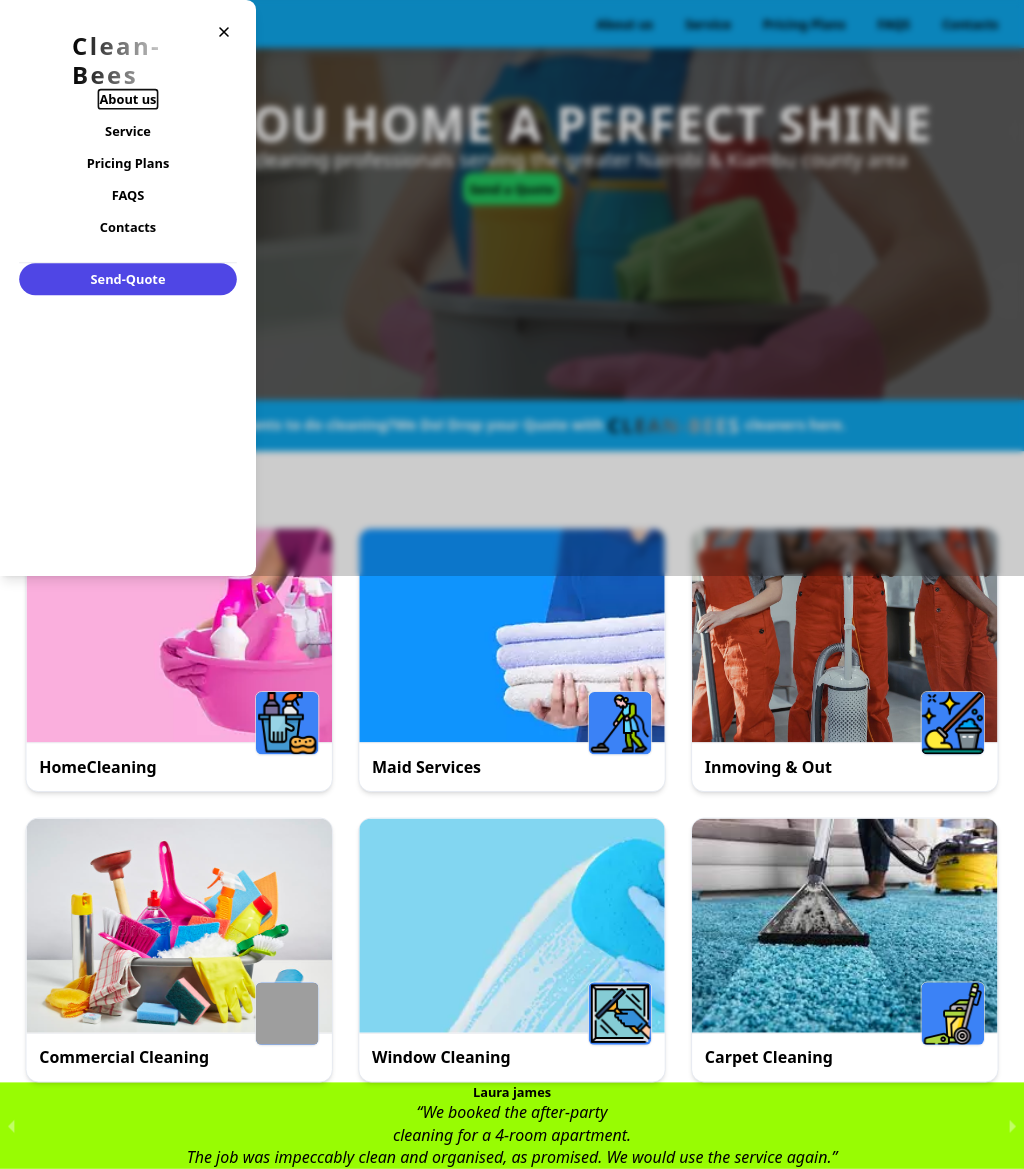
Repository: remydev47/cleanbees
Page: /
The author's editor kept a copy of each file at every save. The page is drawn from the files as they stood at one save, then again after the next save.
The browser window is 1280 px wide. The pictures show the whole page, at 80% of full size.
Pictures or frames that could not be fetched are drawn as grey boxes. The project was rebuilt for these pictures with package versions that can differ from the ones it lists, and the page was loaded fresh each time. The framework's server and built-in components were replaced by stand-ins that run in the browser. Also part of the build but not shown: next.config.js.

Above is the page before, as saved 2022-09-19 12:12:15.

### pages/_app.tsx
import '../styles/globals.css'
import type { AppProps } from 'next/app'
import { Header } from '../components/Header'


function MyApp({ Component, pageProps }: AppProps) {
  return (
    <>
      <Header />
      <Component {...pageProps} />
    </>

    )
}

export default MyApp

### pages/index.tsx
import type { NextPage } from 'next'
import Head from 'next/head'
import Image from 'next/image'
import Hero from '../components/Hero'
import Services from '../components/Services';
import { Testmonial } from '../components/Testmonial';

const Home: NextPage = () => {
  return (
    <div className="">
      <Head>
        <title>CleanBees</title>
        <link rel="icon" href="/favicon.ico" />
      </Head>
      <Hero />
     <main className='mx-auto max-w-screen-xl px-6 sm:px-8'>
      <div className='mt-16 space-y-20'>
        <Services />

      </div>
     </main>
     <Testmonial />
    </div>
  )
}

export default Home

### components/Header.tsx
import { navLinks } from "../constants"
import { MenuPopOver } from "./MenuPopover"
import Logo from "./Logo"
import Image from "next/image"
import { title } from "process"

export const Header = () => {
    return(
        <>
          <header className={styles.container}>
           <div className='flex grow-0 basis-1/3 md:hidden'>
             <MenuPopOver />
          </div>
          <div className='flex grow-0 basis-1/3 justify-center md:justify-start'>
            <Logo />
           </div>
           <ul className="list-none sm:flex hidden justify-end items-center flex-1">
            {navLinks.map((nav, index) => (
                <li
                key={nav.id}
                className={`font-poppins font-extrabold cursor-pointer text-[16px]
                  ${index === navLinks.length - 1 ? 'mr-0' : 'mr-10'}
                 text-black `}
                >
                    <a>{nav.title}</a>
                </li>
            ))}
           </ul>

          </header>
        </>
    )
}

const styles ={
    container:`sticky bg-[#0ea5e9] inset-x-0 top-0 z-20 flex items-center justify-between py-2 px-2 shadow-lg dark:bg-slate-900 sm:py-3 sm:px-8`
}

### components/Hero.tsx
import React from 'react'
import Image from 'next/image'



const Hero = () => {
  return (
    <>
      <section className='relative h-[640px] w-full  bg-blue-500 sm:h-[55vh] md:h-[440px]'>
         <Image
           src='/img/pixel-cleaner2.jpg'
           layout='fill'
           objectFit='cover'
         />

        <div className="absolute inset-0 bg-neutral-900/70">
        <div className='mx-4 mt-16 flex flex-col items-center text-center '>
                <h1 className={styles.innerbanner}>
                    Give you Home a Perfect Shine
                </h1>
                <span className='text-xl text-white sm:text-2xl'>
                    Reliable house cleaning professionals serving the greater Nairobi & Kiambu county area
                </span>
                <button className='bg-green-500 text-black font-semibold p-2 rounded-xl'>
                    Send a Quote
                </button>
              </div>
        </div>
      </section>
      <HeroBottomCard />
   </>
  )
}

function HeroBottomCard() {
    return (
      <div className="bg-[#0ea5e9] p-4">
        <span className="block text-center text-lg text-white font-semibold">
          Nobody wants to do cleaning?We Do! Drop your  Quote with{" "}
          <span className="bg-gradient-to-r from-black to-[#fff] bg-clip-text align-middle text-2xl font-black tracking-widest text-transparent">
            CLEAN-BEES
          </span>{" "}
          cleaners here.
        </span>
      </div>
    );
  }

export default Hero;
const styles ={

    innerbanner:`text-3xl font-extrabold uppercase tracking-wide text-white sm:text-4xl md:text-5xl lg:text-6xl`,
}

### components/Services.tsx
import React from 'react';
import Image from 'next/image'
import Link from 'next/link';

const serviceItems =[
    {
        name:"HomeCleaning",
        description:"",
        image:'/img/cleaning3.webp',
        logo:"/img/homecleaning.png"
    },
    {
        name:"Maid Services",
        description:"",
        image:'/img/maid2.webp',
        logo:"/img/maid.png"
    },
    {
        name:"Inmoving & Out",
        description:"",
        image:'/img/pexels-cleaner.jpeg',
        logo:"/img/inmoving.png"
    },
    {
        name:"Commercial Cleaning",
        description:"",
        image:'/img/pixelcleaner3.jpg',
        logo:"/img/officecleaning.png"
    },
    {
        name:"Window Cleaning",
        description:"",
        image:'/img/cleaning4.webp',
        logo:"/img/window.png"
    },
    {
        name:"Carpet Cleaning",
        description:"",
        image:'/img/cleancarpet.jpg',
        logo:"/img/carpet.png"
    },
]

const Services = () => {
  return (
    <section id='service-items'>
        <div>
            <h2 className="text-2xl font-semibold"> Our Services </h2>
        </div>

        <div id="top-companies__items" className="grid grid-cols-1 gap-8 sm:grid-cols-2 lg:grid-cols-3">
              {serviceItems.map((item, i) => (
                 <Link href="/#" key={i}>
                  <a className="group block overflow-hidden rounded-2xl border border-slate-200 bg-white shadow-md transition-all duration-150 hover:-translate-y-1 hover:shadow-lg dark:border-slate-800 dark:bg-slate-700">
                    <div className="relative block overflow-hidden  pt-[70%]">
                     <Image
                       src={item.image}
                       alt={item.name}
                       layout="fill"
                       objectFit="cover"
                       className="transition-all duration-200 group-hover:scale-[102%]"
                      />
                    </div>
                    <div className="relative flex flex-col border-t p-4 dark:border-slate-600">
                <span className="absolute right-4 -top-[65px] block h-[80px] w-[80px] overflow-hidden rounded-lg border shadow-sm dark:border-slate-600">
                  <div className="relative block overflow-hidden  bg-blue-500 pt-[100%]">
                    <Image
                      src={item.logo}
                      alt={item.name}
                      layout="fill"
                      objectFit="cover"
                    />
                  </div>
                </span>

                <h5 className="block truncate text-xl font-semibold capitalize">
                  {item.name}
                </h5>
                <span className="block truncate text-slate-500 dark:text-slate-400">
                  {item.description}
                </span>
              </div>
                 </a>
                 </Link>
              ))}
            </div>

    </section>
  )
}

export default Services

### components/Testmonial.tsx
import React from 'react'
import "react-responsive-carousel/lib/styles/carousel.min.css"; // requires a loader
import { Carousel } from 'react-responsive-carousel';

export const Testmonial = () => {
  return (
    <section className={styles.container}>
      <Carousel
        autoPlay
        infiniteLoop
        showStatus={false}
        showIndicators={false}
        showThumbs={false}
        interval={3000}
      >
       <div>
        <h1 className={styles.headername}>Mat & Tina</h1>
        <p className='italic text-xl'>“Although it took a while to explain what we wanted when we were booking the final result was great. <br/> The guys who cleaned the apartment were awesome! <br/> Highly recommended after party cleaning service!”</p>
       </div>
       <div>
        <h1 className={styles.headername}>Laura james</h1>
        <p className='italic text-xl'>“We booked the after-party  <br/> cleaning for a 4-room apartment. <br/> The job was impeccably clean and organised, as promised. We would use the service again.”</p>
       </div>
       <div>
        <h1 className={styles.headername}>Krak Fraco</h1>
        <p className='italic text-xl'>“Cheap price and excellent service. <br/> We booked the after party cleaning for our home <br/> and garden and the crew did an amazing job putting everything back to normal.”</p>
       </div>
      </Carousel>
    </section>
  )
}



const styles = {
  container:`bg-[#98fc03]`,
  headername:`font-bold `
}

### constants/index.ts

export const navLinks =[
    {
     id:"aboutus",
     title:"About us"
    },
    {
        id:"services",
        title:"Service"
    },
    {
        id:"pricingplans",
        title:"Pricing Plans"
    },
    {
        id:"faqs",
        title:"FAQS"
    },
    {
        id:"contacts",
        title:"Contacts"
    },
]

### components/MenuPopover.tsx
import React, { useState, Fragment } from 'react'
import { IconButton } from './Button'
import { Transition, Dialog }  from '@headlessui/react';
import Link from 'next/link';
import Logo from './Logo';
import { Button } from './Button';
//import { ThemeSelect } from './ThemeToogle';
import { navLinks } from '../constants';

export const MenuPopOver = () => {
    const [isOpen, setIsOpen] = useState(true)

    return(
      <div>
        <IconButton
          variant='ghost'
          aria-label='menu'
          onClick={() => setIsOpen(!isOpen)}
        >
          <svg className='h-6 w-6 ' fill='none' stroke='currentColor'>
            <path
              strokeLinecap='round'
              strokeLinejoin='round'
              strokeWidth={2}
              d='M4 6h16M4 12h16M4 18h16'
            />
          </svg>
        </IconButton>
        <Transition
          show={isOpen}
          appear
          as={Fragment}
          enter='transform transition ease-in-out duration-300'
          enterFrom='-translate-x-full'
          enterTo='translate-x-0'
          leave='transform transition ease-in-out duration-300 delay-200'
          leaveFrom='translate-x-0'
          leaveTo='-translate-x-full'
        >
         <Dialog
           as='div'
           className={`fixed inset-0 z-50`}
           onClose={setIsOpen}
           open={isOpen}
           >
           <Transition.Child
             as={Fragment}
             enter='ease-out duration-300 delay-300'
             enterFrom='opacity-0'
             enterTo='opacity-100'
             leave='ease-in duration-200'
             leaveFrom='opacity-100'
             leaveTo='opacity-0'
           >

            <Dialog.Overlay
              className={`fixed inset-0 bg-black/20 backdrop-blur-sm dark:bg-gray-900/80`}
             />
          </Transition.Child>
           <div className={styles.dialogcontainer}>
            <a className='mx-auto mt-4 flex w-[140px] '>
              <Logo />
            </a>
            <ul
                className={styles.navWrapper2}
             >
                {navLinks.map((nav, index) => (
                    <li
                     key={nav.id}
                     className={`font-poppins font-bold cursor-pointer text-[16px]
                      ${index === navLinks.length - 1 ? 'mr-0' : 'mb-4'}
                      text-black `}
                    >
                     <a href={`#${nav.id}`}>
                        {nav.title}
                     </a>
                    </li>
                 ))}
             </ul>
            {/* <div className='mt-0 border-t border-gray-200 pt-6 dark:border-gray-200/10'>

            </div> */}
            <ul className='mt-8 space-y-3 border-t border-gray-200 dark:border-gray-200/10'>
              <li>
               <Button fullWidth>
                   Send-Quote
               </Button>
              </li>

            </ul>
            <IconButton
              variant='ghost'
              aria-label='close menu'
              className='absolute top-5 right-5'
              onClick={() => setIsOpen(false)}
            >
              <svg
                viewBox='0 0 10 10'
                className='h-2.5 w-2.5 overflow-visible'
                aria-hidden='true'
              >
                <path
                    d='M0 0L10 10M10 0L0 10'
                    fill='none'
                    stroke='currentColor'
                    strokeWidth='2'
                    strokeLinecap='round'
                  />
              </svg>
            </IconButton>
           </div>
         </Dialog>
        </Transition>
      </div>
    )
  }

const styles ={
    dialogcontainer:`fixed top-0 bottom-0 left-0 w-full max-w-xs rounded-r-xl bg-white p-6 shadow-lg dark:bg-gray-800`,
    menuitems:`group relative flex h-9 items-center oveflow-hidden rounded-md hover:bg-slate-200/50`,
    navWrapper2:`list-none flex flex-col justify-end items-center flex-1`,
}

### components/Logo.tsx
import React from 'react';


const Logo  = () => {
  return (
    <span className={`bg-gradient-to-r from-black to-[#fff] bg-clip-text align-middle text-3xl font-black tracking-widest text-transparent hover:text-green-400`}>
        Clean-Bees
    </span>
  )
}

export default Logo;

### components/Button/index.tsx
import React, { forwardRef } from 'react';
//import { __DEV__ } from '../../utils/assertions'

type BaseButtonProps = Omit<React.HTMLProps<HTMLButtonElement>, "size">;

/* === Button Element === */

export interface ButtonProps extends BaseButtonProps {
  children: React.ReactNode;
  fullWidth?: boolean;
  className?: string;
  variant?: "solid" | "outline" | "ghost";
  size?: "sm" | "md" | "lg";
  as?: string;
  isExternal?: boolean;
  type?: "button" | "submit" | "reset";
}

export const Button = forwardRef<HTMLButtonElement, ButtonProps>(
  (
    {
      children,
      variant = "solid",
      size = "md",
      fullWidth = false,
      className,
      as = "button",
      isExternal = false,
      ...rest
    },
    ref
  ) => {
    let tempClassNames: string[] = [];

    const sharedClasses = [
      "capitalize",
      "focus:outline-none",
      "focus:ring-2",
      "focus:ring-indigo-400",
      "focus:ring-offset-2",
      "focus:ring-offset-indigo-50",
      "font-semibold",
      "rounded-full",
      "inline-flex",
      "flex-shrink-0",
      "items-center",
      "justify-center",
      "transition-colors",
      "ease-in-out",
      "duration-500",
    ];

    if (fullWidth) sharedClasses.push("w-full");

    // handle variants
    let btnSolid = ["bg-indigo-600", "hover:bg-indigo-700", "text-white"];
    let btnOutline = [
      "dark:text-white",
      "hover:text-yellow-700",
      "hover:dark:text-yellow-800",
      "bg-transparent",
      "hover:bg-indigo-50",
      "border",
      "border-indigo-600",
    ];
    let btnGhost = [
      "bg-transparent",
      "dark:text-white",
      "hover:bg-indigo-50",
      "hover:text-indigo-700",
      "hover:dark:text-indigo-700",
    ];

    if (variant === "solid") {
      tempClassNames = [...sharedClasses, ...btnSolid];
    } else if (variant === "outline") {
      tempClassNames = [...sharedClasses, ...btnOutline];
    } else if (variant === "ghost") {
      tempClassNames = [...sharedClasses, ...btnGhost];
    }

    // handle sizes
    let sizeSm = ["h-8", "px-2", "text-sm"];
    let sizeMd = ["h-10", "px-3"];
    let sizeLg = ["h-12", "px-4", "text-lg"];

    if (size === "sm") {
      tempClassNames = [...tempClassNames, ...sizeSm];
    } else if (size === "md") {
      tempClassNames = [...tempClassNames, ...sizeMd];
    } else if (size === "lg") {
      tempClassNames = [...tempClassNames, ...sizeLg];
    }

    let classes = tempClassNames.join(" ");

    let Element = as ? (
      React.createElement(
        as,
        {
          className: `${classes} ${className}`,
          target: isExternal ? "_blank" : undefined,
          rel: isExternal ? "noopener noreferrer" : undefined,
          ref,
          ...rest,
        },
        children
      )
    ) : (
      <button {...rest} className={`${classes} ${className}`} ref={ref}>
        {children}
      </button>
    );

    return Element;
  }
);

// if (__DEV__) {
//   Button.displayName = "Button";
// }

/* === IconButton Element === */

export interface IconButtonProps extends ButtonProps {
  icon?: React.ReactElement;
  "aria-label": string;
}

export const IconButton = forwardRef<HTMLButtonElement, IconButtonProps>(
  (
    {
      children,
      icon,
      className,
      "aria-label": ariaLabel,
      size = "md",
      ...rest
    },
    ref
  ) => {
    let sharedClasses = ["rounded-full", "!px-0"];

    // handle sizes
    let sizeSm = ["w-8"];
    let sizeMd = ["w-10"];
    let sizeLg = ["w-12"];

    if (size === "sm") {
      sharedClasses = [...sharedClasses, ...sizeSm];
    } else if (size === "md") {
      sharedClasses = [...sharedClasses, ...sizeMd];
    } else if (size === "lg") {
      sharedClasses = [...sharedClasses, ...sizeLg];
    }

    /**
     * Passing the icon as prop or children should work
     */
    const element = icon || children;
    const _children = React.isValidElement(element)
      ? React.cloneElement(element as any, {
          "aria-hidden": true,
          focusable: false,
        })
      : null;

    let classes = sharedClasses.join(" ");
    return (
      <Button
        className={`${classes} ${className}`}
        aria-label={ariaLabel}
        size={size}
        {...rest}
        ref={ref}
      >
        {_children}
      </Button>
    );
  }
);

// if (__DEV__) {
//   IconButton.displayName = "IconButton";
// }

Loaded but not shown: styles/globals.css (common file); tailwind.config.js (common file)

After the next save:
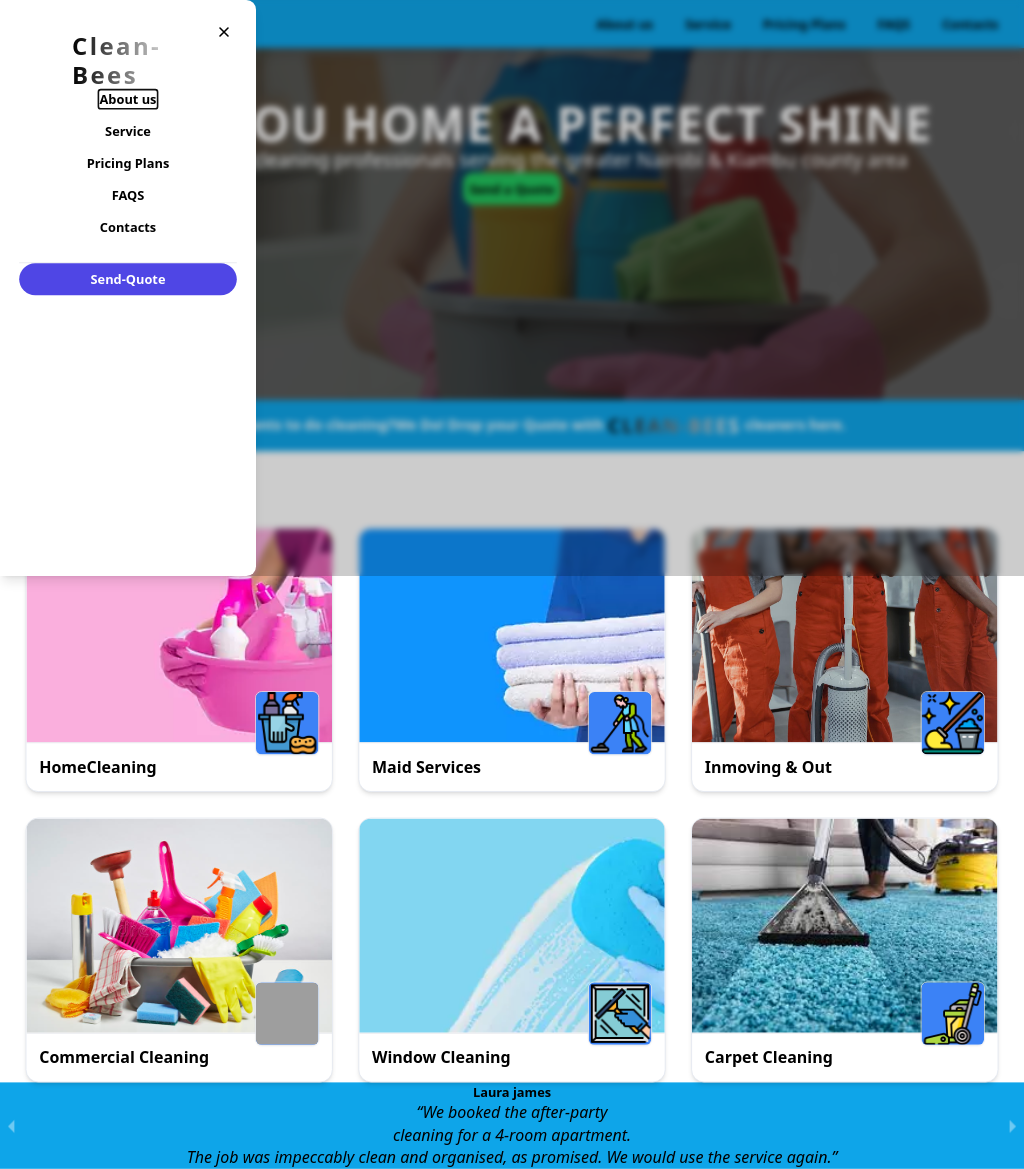
Saved 111 s later.
--- a/components/Testmonial.tsx
+++ b/components/Testmonial.tsx
@@ -33,6 +33,6 @@ export const Testmonial = () => {
 
 
 const styles = {
-  container:`bg-[#98fc03]`,
+  container:`bg-[#0ea5e9]`,
   headername:`font-bold `
 }
